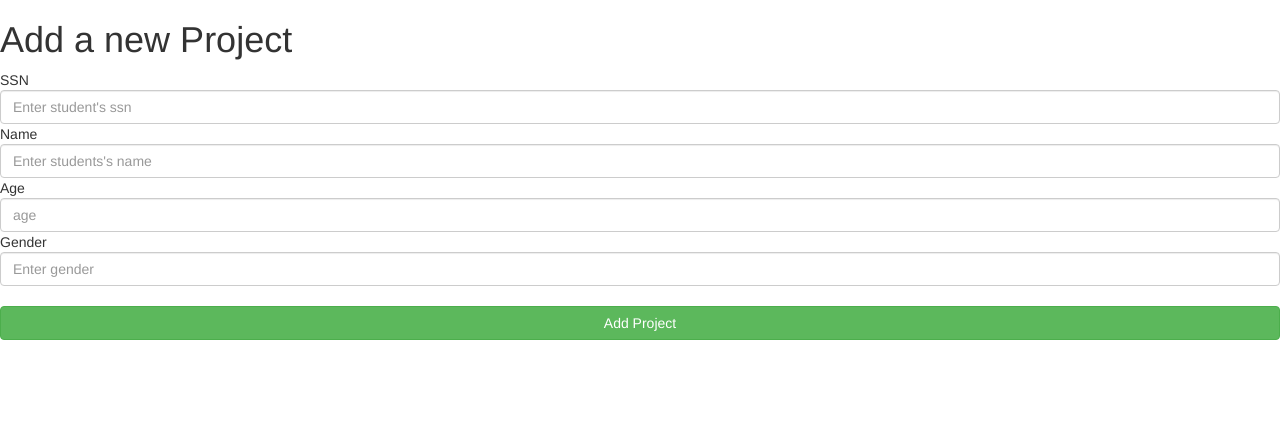
Repository: cpham19/DatabaseSite
Page: http://localhost/database/AddStudent.jsp
An editor plug-in stored every save of this project. The page is shown before and after the next save, followed by the edit.
The browser window is 1280 px wide. The pictures show the whole page.
The page is served by Tomcat 9. Other server files are loaded and not shown.

Above is the page before, as saved 2017-07-30 04:42:37.

### database/src/main/webapp/AddStudent.jsp
<%@ page language="java" contentType="text/html; charset=UTF-8" pageEncoding="UTF-8"%>
<%@ taglib prefix="c" uri="http://java.sun.com/jsp/jstl/core" %>
<%@ taglib prefix="fn" uri="http://java.sun.com/jsp/jstl/functions" %>
<!doctype html>
<html lang="en">
<head>
	<title>Faculty</title>
	<!-- Latest compiled and minified CSS -->
	<link rel="stylesheet" href="https://maxcdn.bootstrapcdn.com/bootstrap/3.3.7/css/bootstrap.min.css" integrity="sha384-BVYiiSIFeK1dGmJRAkycuHAHRg32OmUcww7on3RYdg4Va+PmSTsz/K68vbdEjh4u" crossorigin="anonymous">
</head>
<body>
	<h1>Add a new Project</h1>
	<form action="AddStudent" method="post">
		SSN <input type="text" class="form-control" id="ssn" name="ssn" placeholder="Enter student's ssn">
		Name <input type="text" class="form-control" id="name" name="name" placeholder="Enter students's name">
		Age <input type="text" class="form-control" id="age" name="age" placeholder="age">
		Gender <input type="text" class="form-control" id="gender" name="gender" placeholder="Enter gender">
		<br/>
		<button type="submit" class="btn btn-success btn-block">Add Project</button>
	</form>

</body>
</html>

After the next save:
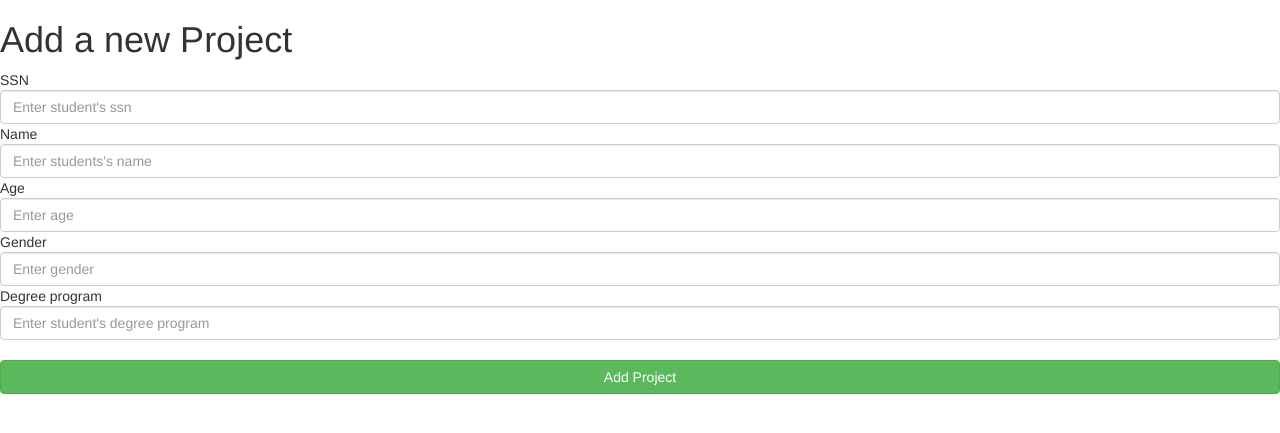
Saved 14 s later.
--- a/database/src/main/webapp/AddStudent.jsp
+++ b/database/src/main/webapp/AddStudent.jsp
@@ -13,8 +13,9 @@
 	<form action="AddStudent" method="post">
 		SSN <input type="text" class="form-control" id="ssn" name="ssn" placeholder="Enter student's ssn">
 		Name <input type="text" class="form-control" id="name" name="name" placeholder="Enter students's name">
-		Age <input type="text" class="form-control" id="age" name="age" placeholder="age">
+		Age <input type="text" class="form-control" id="age" name="age" placeholder="Enter age">
 		Gender <input type="text" class="form-control" id="gender" name="gender" placeholder="Enter gender">
+		Degree program <input type="text" class="form-control" id="degree" name="degree" placeholder="Enter student's degree program">
 		<br/>
 		<button type="submit" class="btn btn-success btn-block">Add Project</button>
 	</form>
